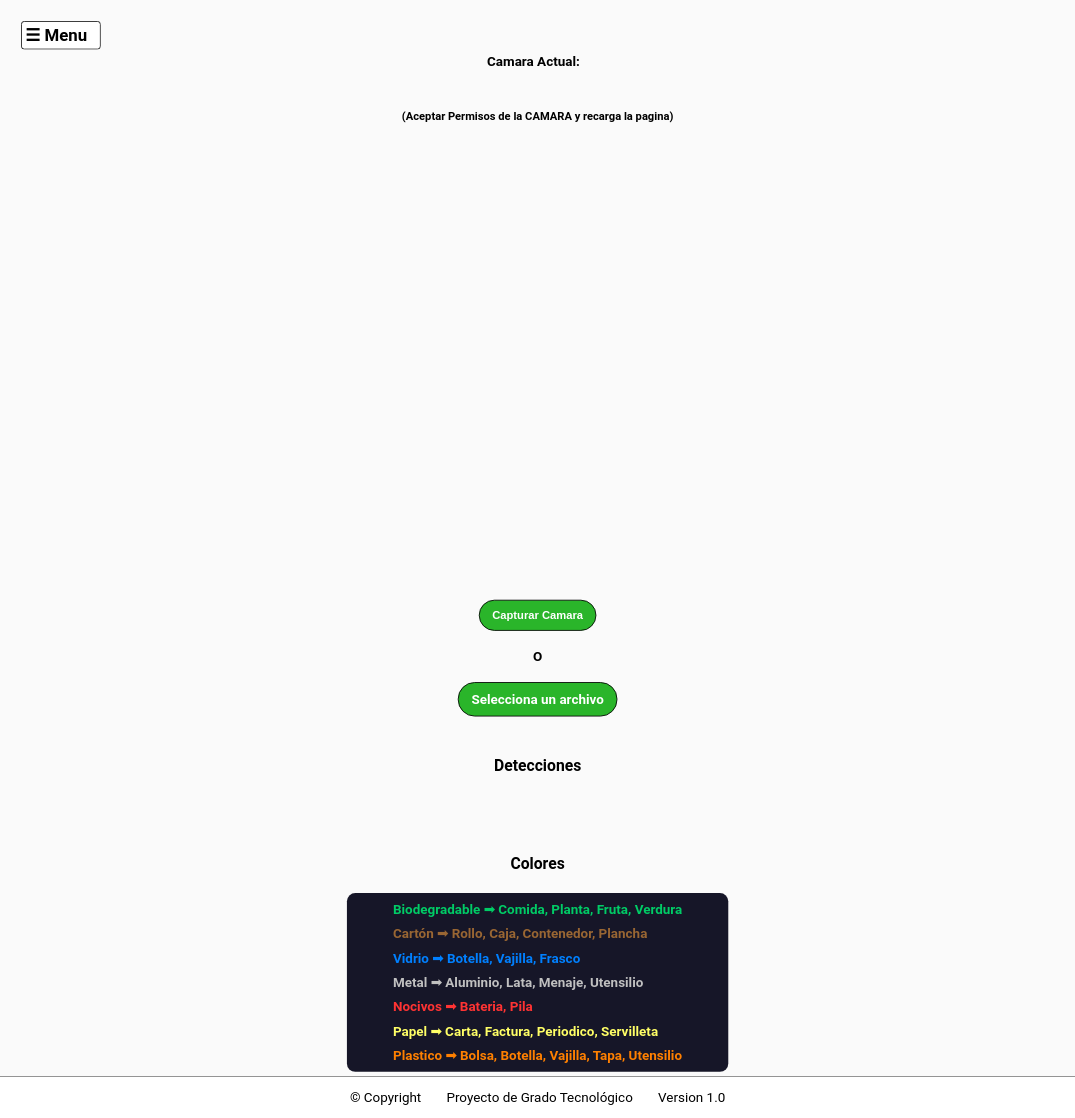
Repository: castecabas/Recicladora
Page: http://localhost/model
These files come from the project's save history. The page is drawn as it stood at one moment and after the next save; the edit follows.
The browser window is 1280 px wide. The pictures show the whole page, at 84% of full size.
Pictures or frames that could not be fetched are drawn as grey boxes. The page is served by the project's application, run on Flask 3 (src/index.py). Other server files are loaded and not shown.

Above is the page before, as saved 2024-12-29 14:11:22.

### src/templates/model.html
<!DOCTYPE html>
<html lang="en">

<head>
    <meta charset="UTF-8">
    <meta name="viewport" content="width=device-width, initial-scale=1.0">
    <title>Clasificador</title>
    <link rel="stylesheet" href="{{ url_for('static', filename='css/model.css') }}">
    <link rel="shortcut icon" href="https://i.postimg.cc/gk7MpWkm/logo.webp" />
</head>

<body>
    <span class="btn_openmenu" onclick="openNav()">&#9776; Menu</span><br><br>
    <nav class="aside" id="aside">
        <div class="overlay"></div>
        <img class="aside_logo" src="https://i.postimg.cc/gk7MpWkm/logo.webp" alt="Logo de la Empresa">
        <h1 style="text-decoration: underline;">Opciones</h1>

        <label for="confidenceThreshold">
            <span class="tooltip-container">
                <img class="logo_x"
                    src="https://images.vexels.com/media/users/3/152347/isolated/preview/27304b9b14ce9bd8a28ca637ed92070e-icono-de-signo-de-interrogacion-de-circulo-azul.png"
                    alt="Simbolo de Ayuda">
                <span class="tooltip-text">Es la probabilidad que determina en las predicciones,si es alto es más
                    confiable, aunque puede omitir objetos al no cumplir dicho porcentaje. Si es bajo, será menos
                    confiable, pero detectará aún más.</span>
            </span>
            Umbral de Confianza:
        </label>
        <input type="range" id="confidenceThreshold" min="0.1" max="0.9" step="0.01" value="0.5">
        <span id="confidenceValue" style="color: white;">0.5</span>

        <label for="SwitchCamera">Camara</label>
        <button id="switchCameraBtn">Cambiar de dispositivo</button>
        </a>
        <label class="nav-link-aside" for="darkModeToggle"><input type="checkbox" class="btn_darkmode"
                id="darkModeToggle" hidden>
            Modo Oscuro</label>
        <br>
        <a href="javascript:void(0)" class="closebtn" onclick="closeNav()">Cerrar Menú</a>
        <a href="{{ url_for('index') }}" class="nav-link">Ir a Inicio</a>
    </nav>

    <div class="container">
        <main>
            <div>
                <div>
                    <p>Camara Actual: <span id="currentCamera"></span><br>
                        <h5>(Aceptar Permisos de la CAMARA y recarga la pagina)</h5></p>
                    <video id="video" width="640" height="480" autoplay></video><br>
                    <button id="captureBtn">Capturar Camara</button>
                    <p>O</p>
                    <input type="file" id="fileInput" hidden accept="image/*,video/*">
                    <label for="fileInput" id="fileinputlabel">Selecciona un archivo</label>
                </div>
                <br>
                <img id="resultImage" alt="">
            </div>
            <canvas id="canvas" width="640" height="480" style="display:none;"></canvas>
            <div>
                <h3>Detecciones</h3>
                <ul id="detectionsList"></ul>
            </div>
            <div class="colors">
                <h3>Colores</h3>
                <ul>
                    <li class="bio">Biodegradable &#10143; Comida, Planta, Fruta, Verdura</li>
                    <li class="cardb">Cartón &#10143; Rollo, Caja, Contenedor, Plancha</li>
                    <li class="glass">Vidrio &#10143; Botella, Vajilla, Frasco</li>
                    <li class="metal">Metal &#10143; Aluminio, Lata, Menaje, Utensilio</li>
                    <li class="noxios">Nocivos &#10143; Bateria, Pila</li>
                    <li class="paper">Papel &#10143; Carta, Factura, Periodico, Servilleta</li>
                    <li class="plastic">Plastico &#10143; Bolsa, Botella, Vajilla, Tapa, Utensilio</li>
                </ul>
            </div>
        </main>
        {% include 'components/footer.html' %}
    </div>
    <script src="{{ url_for('static', filename='js/model.js') }}"></script>
    <script src="{{ url_for('static', filename='js/dark_mode.js') }}"></script>
</body>

</html>

### src/templates/components/footer.html
<footer class="footer">
    <style>
        .footer {
            width: 100%;
            background-color: white;
            text-align: center;
            padding: 15px;
            box-sizing: border-box;
            position: relative;
            bottom: 0;
            font-family: 'Roboto', sans-serif;
            border-top: 1px solid gray;
            margin-top: auto;
        }

        .footer ul {
            list-style: none;
            padding: 0;
            margin: 0;
            display: flex;
            flex-direction: column;
            align-items: center;
        }

        .footer ul li {
            text-decoration: none;
            margin: 5px 0;
        }

        @media (min-width: 600px) {
            .footer ul {
                flex-direction: row;
                justify-content: center;
            }

            .footer ul li {
                margin: 0 15px;
            }
        }

        /* MODO OSCURO */
        body.dark-mode footer{
            background: rgb(29, 0, 28);
            background: linear-gradient(90deg, rgba(29, 0, 28, 1) 0%, rgba(11, 0, 34, 1) 8%, rgba(0, 0, 22, 1) 100%);
            border-top: 1px solid #686868;
            transition: all 0.3s ease-in;
        }

        body.dark-mode footer li{
            color: white;
        }
    </style>

    <ul>
        <li>© Copyright</li>
        <li>Proyecto de Grado Tecnológico</li>
        <li>Version 1.0</li>
    </ul>

</footer>

### src/index.py
from flask import Flask, render_template, Response, request, jsonify
from yolo_model import YOLOModel
from camera import Camera
import cv2
import numpy as np
import base64

app = Flask(__name__)

yolo_model = YOLOModel('src/model/best.pt')
camera = Camera()

# RUTAS
@app.route('/')
@app.route('/home')
@app.route('/index')
def index():
    return render_template('index.html')

@app.route('/about')
def about():
    return render_template('about.html')

@app.route('/learn')
def learn():
    return render_template('learn.html')

@app.route('/model')
def model():
    return render_template('model.html')

@app.route('/news')
def news():
    return render_template('news.html')

@app.route('/recycle')
def recycle():
    return render_template('recycle.html')

# FUNCIONES

    #NOTE: obtener las camaras
@app.route('/get_cameras')
def get_cameras():
    return jsonify(camera.get_camera_list())

    #NOTE: cambiar camara
@app.route('/switch_camera/<int:camera_id>')
def switch_camera(camera_id):
    camera.select_camera(camera_id)
    return "OK"

    #NOTE: detectar dicha imagen
@app.route('/detect', methods=['POST'])
def detect():
    try:
        if 'file' not in request.files:
            return jsonify({'error': 'No file part'}), 400

        file = request.files['file']
        confidence = float(request.form.get('confidence', 0.25))

        # Lee la imagen del archivo
        npimg = np.fromfile(file, np.uint8)
        img = cv2.imdecode(npimg, cv2.IMREAD_COLOR)

        # Detecta objetos usando el modelo YOLO
        results = yolo_model.detect(img, conf_threshold=confidence)
        if results is None:
            return jsonify({'error': 'No detections returned from model'}), 500

        # Dibuja los cuadros de detección en la imagen
        processed_img = yolo_model.draw_boxes(img, results)

        # Codifica la imagen procesada en base64 para enviar al cliente
        _, buffer = cv2.imencode('.jpg', processed_img)
        img_base64 = base64.b64encode(buffer).decode('utf-8')

        return jsonify({
            'image': f'data:[embedded picture, 35 characters]',
            'detections': results
        })
    except Exception as e:
        print(f"Error during detection: {e}")
        return jsonify({'error': str(e)}), 500

# EJECUCION
if __name__ == '__main__':
    app.run(debug=True)

### src/static/css/model.css
html,
body {

    margin: 0;
    padding: 0;
    font-family: 'Roboto', sans-serif;
    background-color: #fafafa;
    display: flex;
    flex-direction: column;
    min-height: 100vh;
    transition: all 0.5s ease;
}

main {
    max-height: auto;
}

.btn_openmenu {
    font-size: 20px;
    cursor: pointer;
    position: fixed;
    background-color: white;
    border-radius: 4px;
    border: 1px solid black;
    margin: 25px;
    padding: 4px;
    padding-right: 15px;
    z-index: 100;
    font-weight: 600;
}

.btn_openmenu:hover {
    background-color: rgb(209, 209, 209);
}

.container {
    display: flex;
    flex-direction: column;
    min-height: 100vh;
    width: 100%;
    /* Asegura que ocupe todo el ancho */
    align-items: center;
    margin: 0;
    box-sizing: border-box;
}

main div {
    display: flex;
    flex-direction: column;
    align-items: center;
    justify-content: center;
    flex-grow: 1;
    width: 100%;
    max-width: 800px;
    box-sizing: border-box;
}

main div * {
    padding: 5px;
}

main div p {
    font-weight: bold;
}

main div #video {
    border-radius: 20px;
    max-width: 640px;
    width: 100%;
    max-height: 700px;
    aspect-ratio: 4/3;
    padding: 0;
}

main div #resultImage {
    border-radius: 20px;
    max-width: 640px;
    width: 100%;
    max-height: 740px;
    padding: 0;
    border: 0px;
    box-shadow: 10px 10px 15px rgba(0, 0, 0, 0.5);
}

@media(max-width:638px) {
    main div #resultImage {
        border-radius: 0;
        box-shadow: none;
    }

}

main div #captureBtn,
main div #fileinputlabel {
    border-radius: 20px;
    background-color: #2AB52A;
    color: white;
    font-weight: bold;
    padding: 10px 15px 10px 15px;
    border: 1px solid black;
}

main div #captureBtn:hover,
main div #fileInput:hover {
    background-color: #219121;
}

main div ul#detectionsList {
    overflow-y: auto;
    max-height: 200px;
    width: 90vw;
    max-width: 634px;

}

main div ul#detectionsList li {
    font-size: large;
}


.aside {
    background: url(https://i.postimg.cc/8kbKKzK0/model-aside.webp);
    background-repeat: no-repeat;
    background-size: cover;
    height: 100%;
    width: 0;
    position: fixed;
    z-index: 100;
    top: 0;
    left: 0;
    background-color: #111;
    overflow-x: hidden;
    transition: 0.5s;
    justify-content: center;
    color: white;
    display: flex;
    flex-direction: column;
    text-align: center;
    align-items: center;
}

.aside * {
    margin: 5px 20px 5px 20px;
    font-weight: bold;
    z-index: 102;
    padding: 8px;
    color: #31ca31;
}

.aside .overlay {
    position: absolute;
    margin: 0;
    top: 0;
    left: 0;
    right: 0;
    bottom: 0;
    background-color: rgba(0, 0, 0, 0.55);
    z-index: 101;
}

.aside img.aside_logo {
    aspect-ratio: 1/1;
    max-width: 100px;
}

@media(max-height:850px) {
    .aside img.aside_logo {
        display: none;
    }
}


.aside h1 {
    color: #2AB52A;

}

.aside .closebtn {
    text-decoration: none;
    color: white;
    border-radius: 4px;
    background-color: #206BCE;
    padding: 10px 15px 10px 15px;
    border: 1px solid black;
    width: 134px;
}

.aside .closebtn:hover {
    background-color: #1a58a8;
}

.aside .logo_x {
    position: relative;
    padding-left: 0px;
    margin: 0px;
    aspect-ratio: 1/1;
    height: 20px;
    cursor: pointer;
}


/* Estilos del contenedor del tooltip */
.tooltip-container {
    position: relative;
    display: inline-block;
    padding: 0;
    margin: 0;
}

/* Ocultar el tooltip por defecto */
.tooltip-text {
    opacity: 0;
    /* Oculto por defecto */
    width: 135px;
    background-color: #2ea664;
    color: #f5f6fc;
    text-align: center;
    font-size: small;
    padding: 5px;
    border-radius: 5px;
    position: absolute;
    top: -120px;
    /* Ajusta la posición para que esté sobre la imagen */
    left: 50%;
    transform: translateX(-25%);
    transition: opacity 0.3s ease-in-out;

    /* Transición suave */
    z-index: 9000;
}

/* Flecha del tooltip */
.tooltip-text::after {
    content: "";
    position: absolute;
    bottom: -5px;
    /* Flecha debajo del tooltip */
    left: 50%;
    transform: translateX(-50%);
    border-width: 5px;
    border-style: solid;
    border-color: #333 transparent transparent transparent;
}

/* Mostrar el tooltip al pasar el ratón sobre la imagen */
.tooltip-container:active .tooltip-text,
.tooltip-container:hover .tooltip-text {
    opacity: 1;
    animation: hideTooltip 18s forwards;
    /* Inicia la animación para ocultarlo después de 3 segundos */
}

/* Animación para ocultar el tooltip */
@keyframes hideTooltip {
    0% {
        opacity: 1;
    }

    90% {
        opacity: 1;
    }

    100% {
        opacity: 0;
    }
}


.aside #confidenceThreshold {
    accent-color: #2AB52A;
    background-color: white;
}


.aside .colors li {
    list-style: none;
}


.aside #switchCameraBtn {
    border-radius: 4px;
    background-color: #2AB52A;
    color: white;
    border: 1px solid black;
}

.aside #switchCameraBtn:hover {
    background-color: #219121;
}

.aside .nav-link,
.aside .nav-link-aside {
    text-decoration: none;
    color: white;
    background-color: #206BCE;
    border-radius: 4px;
    max-width: 75vw;
    padding: 10px 15px 10px 15px;
    border: 1px solid black;
    width: 134px;
    font-size: large;
}

.aside .nav-link:hover {
    background-color: #1a58a8;
}

.aside .nav-link-aside {
    background-color: #31ca31;
    font-size: small;
}

.aside .nav-link-aside:hover {
    background-color: #2AB52A;
    cursor: pointer;
}

label#fileinputlabel:hover {
    cursor: pointer;
    background-color: #2AB52A;
}

body div.colors {


    padding: 5px;

    label {
        font-weight: bold;
    }

    ul {
        margin: 0;
        padding: 5px 50px 5px 50px;
        border-radius: 10px;
        background: rgba(0, 0, 20, 0.911);
        max-width: max-content;
        position: relative;
        justify-content: center;

        li {
            list-style-type: none;
            font-weight: 600;
            line-break: anywhere;

        }
    }


    .bio {
        color: #00cc66;
    }

    .cardb {
        color: #996633;
    }

    .glass {
        color: #0080ff;
    }

    .metal {
        color: #c0c0c0;
    }

    .noxios {
        color: #ff3333;
    }

    .paper {
        color: #ffff66;
    }

    .plastic {
        color: #ff8000;
    }
}


/* MODO OSCURO */

body.dark-mode {
    background-color: #000014;
}

body.dark-mode h5{
    color:white ;
}

body.dark-mode #video {
    border: 1px outset white;
}

body.dark-mode .container p,
body.dark-mode .container h3 {
    color: white;
}

body.dark-mode .container p,
body.dark-mode .container ul#detectionsList li {
    color: white;
}

body.dark-mode div.colors ul{
    border: 1px solid white;
    border-radius: 10px;
}

### src/static/js/model.js
let currentCameraIndex = 0;
let cameras = [];
const clsname = [
    "Comida", "Planta", "Fruta o Verdura", "Base de Carton", "Caja de Carton",
    "Contenedor de Carton", "Forma de Carton", "Botella de Vidrio", "Vajilla de Vidrio",
    "Fragmentos de Vidrio", "Frasco de Vidrio", "Jarra de Vidrio", "Aluminio",
    "Contenedor Metalico", "Latas de Alimento", "Menaje Metalico", "Metal Menor",
    "Utensilio Metalico", "Bateria o Pila", "Carta de Papel", "Recibo o Factura",
    "Periodico o Revista", "Forma de Papel", "Papel de Higiene", "Bolsa de Plastico",
    "Botella de Plastico", "Contenedor de Plastico", "Envase de Plastico",
    "Vajilla de Plastico", "Tapa de Plastico", "Utensilio de Plastico"
  ];
let confidenceThreshold = 0.5;

const parrafo = document.getElementById("confidenceValue");

const valorDecimal = parseFloat(parrafo.textContent);
const valorPorcentaje = valorDecimal * 100;
parrafo.textContent = valorPorcentaje + "%";

document.addEventListener('DOMContentLoaded', function () {
    fetchCameras();

    document.getElementById('switchCameraBtn').addEventListener('click', switchCamera);
    document.getElementById('captureBtn').addEventListener('click', captureAndDetect);
    document.getElementById('fileInput').addEventListener('change', handleFileSelect);

    const confidenceSlider = document.getElementById('confidenceThreshold');
    const confidenceValue = document.getElementById('confidenceValue');

    confidenceSlider.addEventListener('input', function () {
        confidenceThreshold = parseFloat(this.value);
        confidenceValue.textContent = confidenceThreshold.toFixed(2);
        const valorDecimal = parseFloat(parrafo.textContent);
        const valorPorcentaje = valorDecimal * 100;
        parrafo.textContent = valorPorcentaje.toFixed(0) + "%";
    });
});

function fetchCameras() {
    navigator.mediaDevices.enumerateDevices()
        .then(devices => {
            cameras = devices.filter(device => device.kind === 'videoinput');
            updateCurrentCamera();
        })
        .catch(error => {
            console.error('Error enumerating devices:', error);
        });
}

async function switchCamera() {
    currentCameraIndex = (currentCameraIndex + 1) % cameras.length;
    updateCurrentCamera();

    try {
        const stream = await navigator.mediaDevices.getUserMedia({
            video: { deviceId: { ideal: cameras[currentCameraIndex].deviceId } }
        });
        document.getElementById('video').srcObject = stream;
    } catch (error) {
        console.error('Error switching camera:', error);
    }
}

function updateCurrentCamera() {
    const cameraInfo = cameras[currentCameraIndex] ? cameras[currentCameraIndex].label : 'Unknown';
    document.getElementById('currentCamera').textContent = cameraInfo;
}

function captureAndDetect() {
    const video = document.getElementById('video');
    const canvas = document.getElementById('canvas');
    const context = canvas.getContext('2d');

    context.drawImage(video, 0, 0, canvas.width, canvas.height);
    canvas.toBlob(blob => {
        const formData = new FormData();
        formData.append('file', blob, 'capture.jpg');
        formData.append('confidence', confidenceThreshold);
        detectObjects(formData);
    }, 'image/jpeg');
}

function handleFileSelect(event) {
    const file = event.target.files[0];
    const formData = new FormData();
    formData.append('file', file);
    formData.append('confidence', confidenceThreshold);
    detectObjects(formData);
}

function detectObjects(formData) {
    fetch('/detect', {
        method: 'POST',
        body: formData
    })
        .then(response => response.json())
        .then(data => {
            document.getElementById('resultImage').src = data.image;
            updateDetectionsList(data.detections);
        })
        .catch(error => {
            console.error('Error detecting objects:', error);
        });
}

function updateDetectionsList(detections) {
    const list = document.getElementById('detectionsList');
    list.innerHTML = '';
    detections.forEach(detection => {
        const [x1, y1, x2, y2, conf, cls] = detection;
        const li = document.createElement('li');
        li.textContent = `Clase: ${clsname[cls] || 'Desconocido'}, Confianza: ${conf.toFixed(2) * 100} %`;
        list.appendChild(li);
    });
}

async function initializeCamera() {
    try {
        const stream = await navigator.mediaDevices.getUserMedia({ video: true });
        document.getElementById('video').srcObject = stream;
    } catch (error) {
        console.error('Error accessing camera:', error);
    }
}

function openNav() {
    document.getElementById("aside").style.width = "250px";
}

function closeNav() {
    document.getElementById("aside").style.width = "0";
}

initializeCamera();

### src/static/js/dark_mode.js
document.addEventListener("DOMContentLoaded", () => {
    const toggle = document.getElementById("darkModeToggle");
    const darkModeEnabled = localStorage.getItem("darkMode") === "enabled";

    if (darkModeEnabled) {
        document.body.classList.add("dark-mode");
        toggle.checked = true;
    }

    toggle.addEventListener("change", () => {
        if (toggle.checked) {
            document.body.classList.add("dark-mode");
            localStorage.setItem("darkMode", "enabled");
        } else {
            document.body.classList.remove("dark-mode");
            localStorage.setItem("darkMode", "disabled");
        }
    });
});

After the next save:
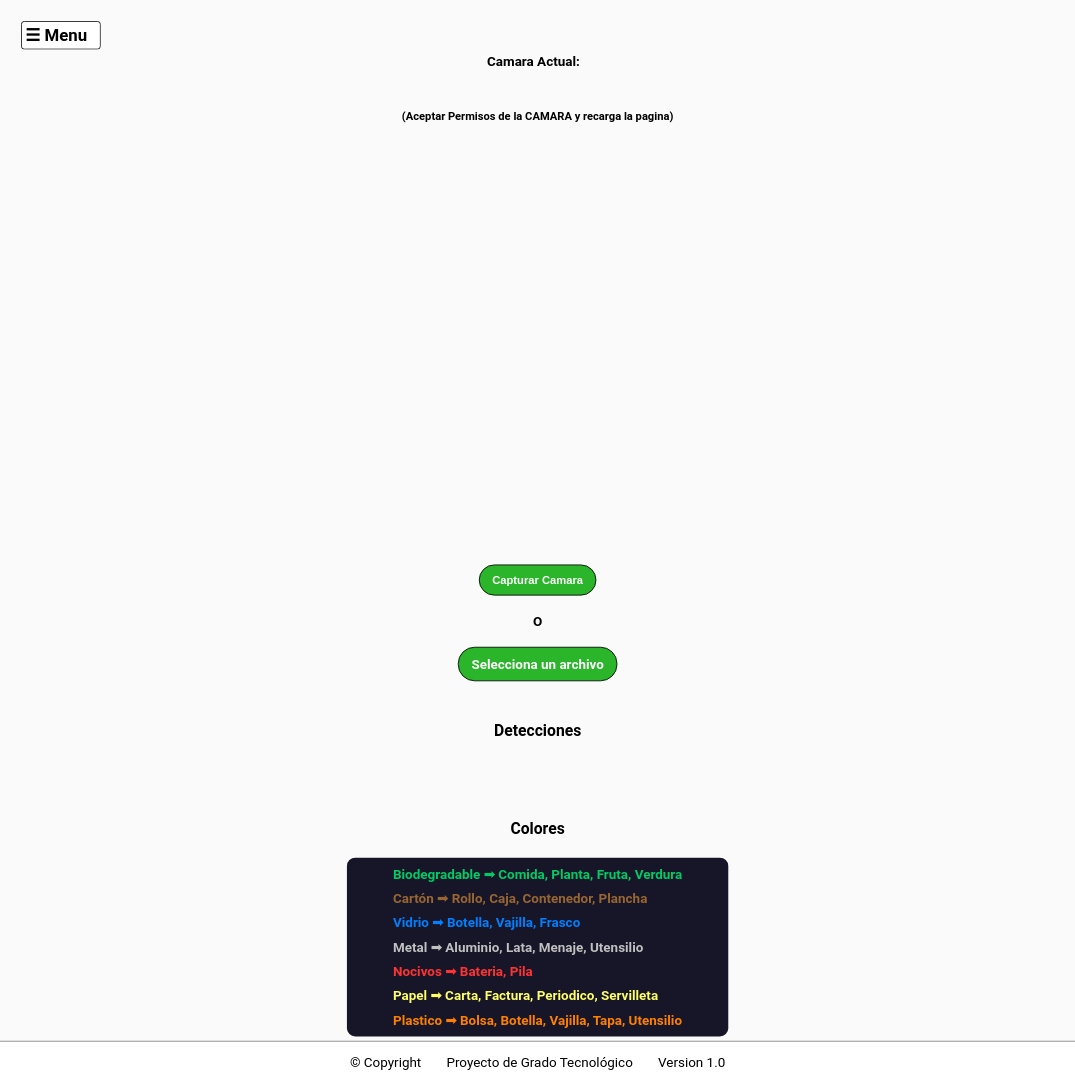
Saved 35 s later.
--- a/src/templates/model.html
+++ b/src/templates/model.html
@@ -45,8 +45,8 @@
         <main>
             <div>
                 <div>
-                    <p>Camara Actual: <span id="currentCamera"></span><br>
-                        <h5>(Aceptar Permisos de la CAMARA y recarga la pagina)</h5></p>
+                    <p>Camara Actual: <span id="currentCamera"></span></p>
+                        <h5>(Aceptar Permisos de la CAMARA y recarga la pagina)</h5>
                     <video id="video" width="640" height="480" autoplay></video><br>
                     <button id="captureBtn">Capturar Camara</button>
                     <p>O</p>
